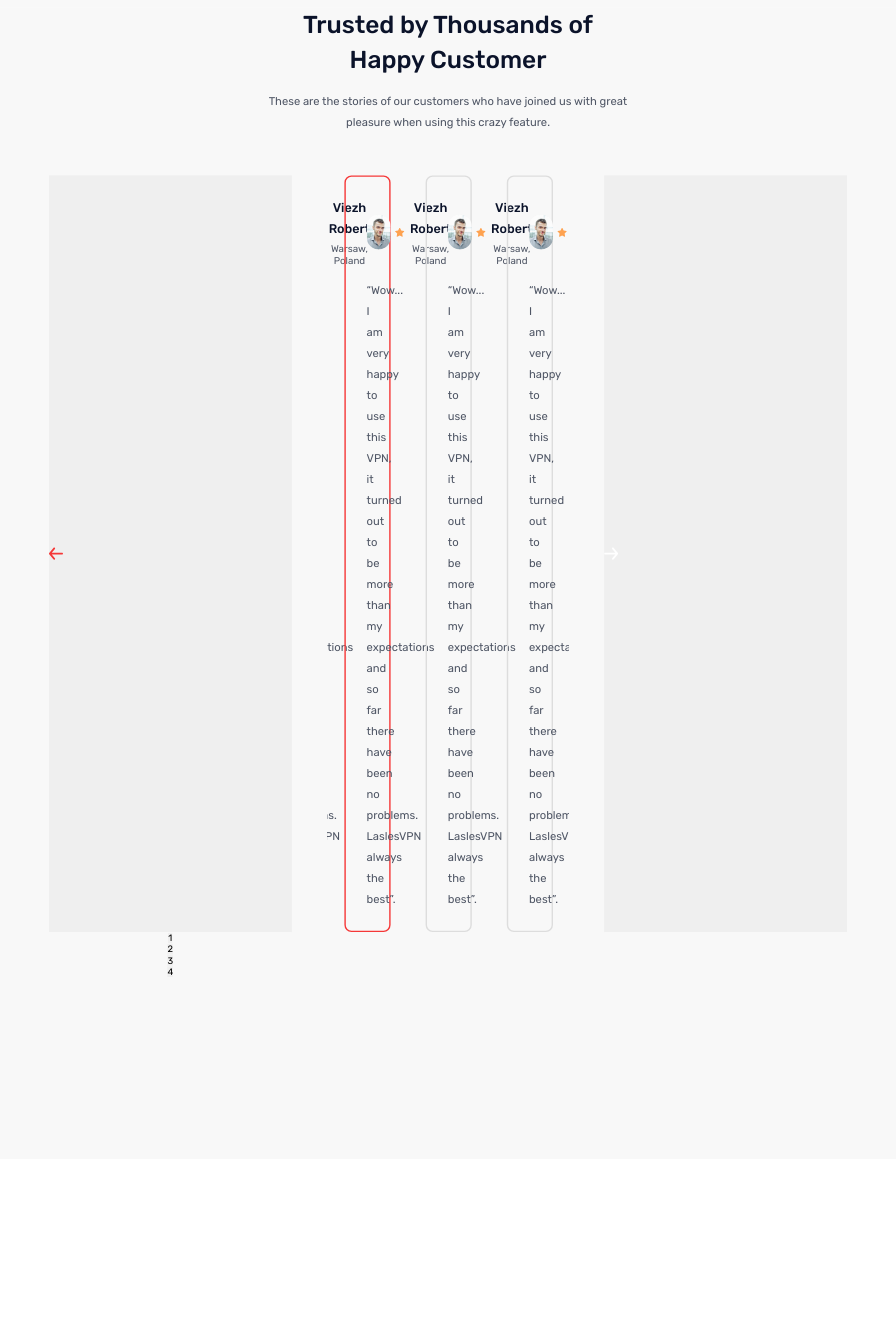
Repository: dangpham205/LaslesVPN-Landing-Page
Page: index.html
The author's editor kept a copy of each file at every save. The page is drawn from the files as they stood at one save, then again after the next save.
The browser window is 1280 px wide. The pictures show the part of the page from y = 3742 to 5662 px (the page is 6067 px tall before and 6003 px after), at 70% of full size.
Some web libraries are served in a nearby version.

Above is the page before, as saved 2022-07-20 20:54:15.

After the next save:
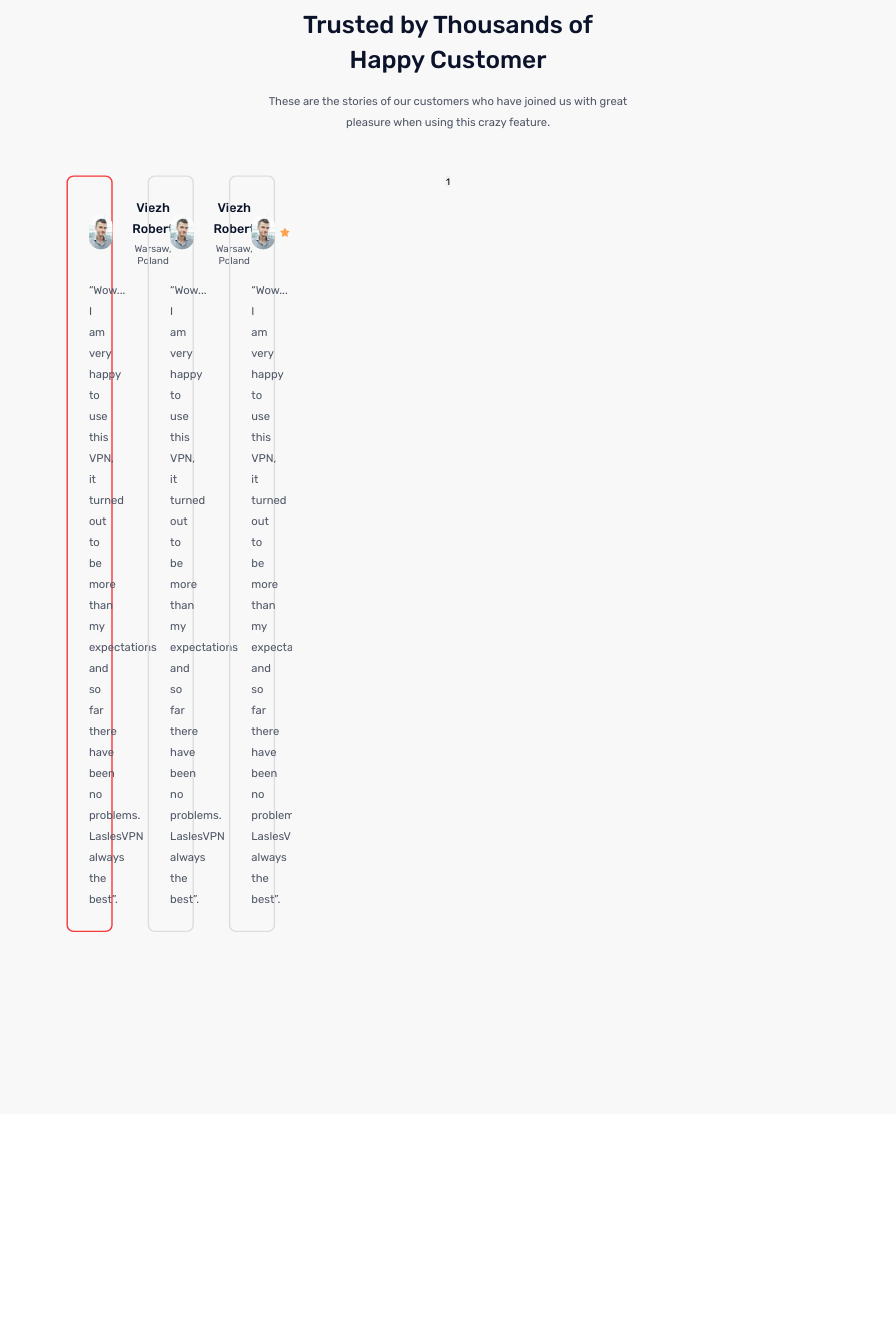
Saved 20 s later.
--- a/index.html
+++ b/index.html
@@ -321,7 +321,7 @@
                               </div>
                               <div class="text customer-desc">“Wow... I am very happy to use this VPN, it turned out to be more than my expectations and so far there have been no problems. LaslesVPN always the best”.</div>
                             </div>
-                            <div class="customer-item">
+                            <!-- <div class="customer-item">
                               <div class="customer-top">
                                 <div class="customer-info">
                                   <div class="customer-avatar">
@@ -338,7 +338,7 @@
                                 </div>
                               </div>
                               <div class="text customer-desc">“Wow... I am very happy to use this VPN, it turned out to be more than my expectations and so far there have been no problems. LaslesVPN always the best”.</div>
-                            </div>
+                            </div> -->
                           </div>
                         </div>
 
